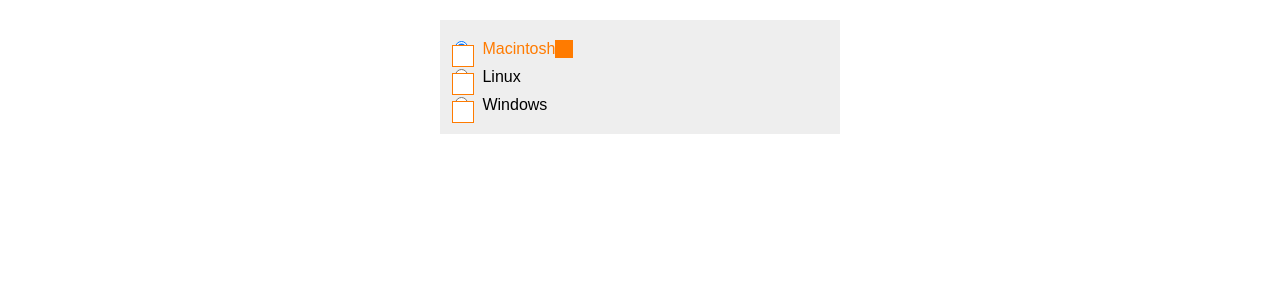
Repository: sayco/CSS-Front-End-Tutorials---Elzero
Page: 1-Customize Radio Input/index.html
These files come from the project's save history. The page is drawn as it stood at one moment and after the next save; the edit follows.
The browser window is 1280 px wide. The pictures show the whole page.
The first `form input[type="radio"]` is checked.

Above is the page before, as saved 2021-06-13 13:23:36.

After the next save:
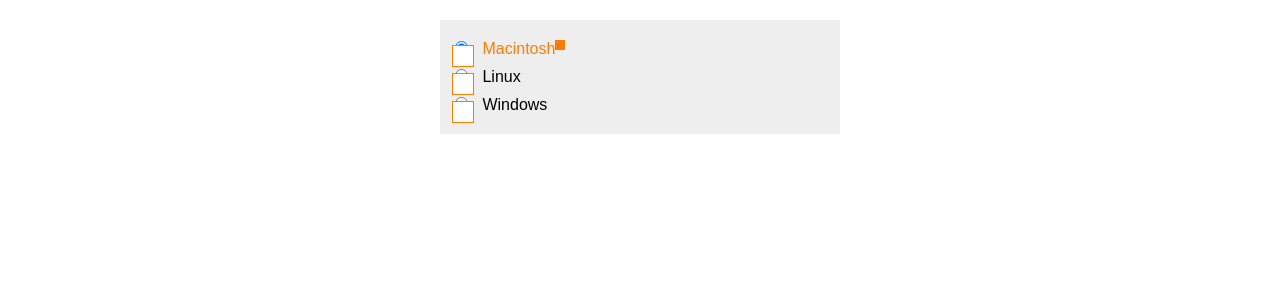
Saved 11 s later.
--- a/1-Customize Radio Input/style.css
+++ b/1-Customize Radio Input/style.css
@@ -50,8 +50,8 @@
 form input[type="radio"]:checked + label::after
 {
     content: "";
-    width: 18px;
-    height: 18px;
+    width: 10px;
+    height: 10px;
     background-color: rgb(255, 123, 0);
     position: absolute;
     /* left: 50%; */
